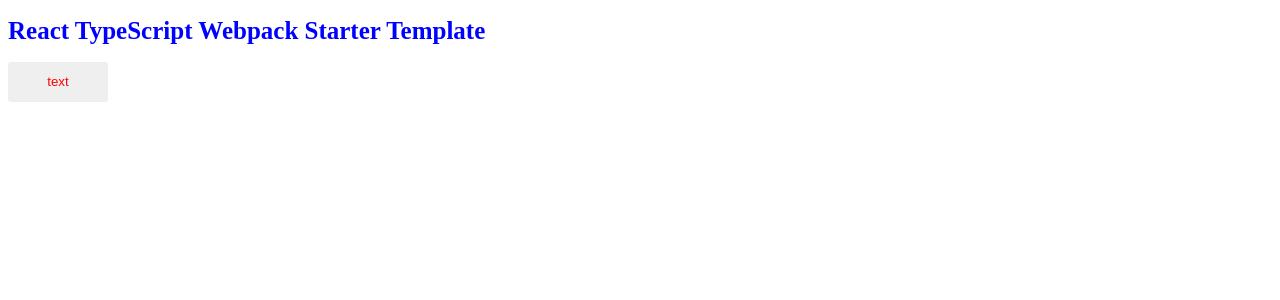
Repository: Paveldub/photo-mvp
Page: /
An editor plug-in stored every save of this project. The page is shown before and after the next save, followed by the edit.
The browser window is 1280 px wide. The pictures show the whole page.
The project was rebuilt for these pictures with package versions that can differ from the ones it lists, and the page was loaded fresh each time. Also part of the build but not shown: webpack.config.js.

Above is the page before, as saved 2021-06-10 17:31:11.

### src/index.html
<!DOCTYPE html>
<html lang="en">

<head>
  <meta charset="UTF-8">
  <meta http-equiv="X-UA-Compatible" content="IE=edge">
  <meta name="viewport" content="width=device-width, initial-scale=1.0">
  <title>React TypeScript Webpack 5 Starter Template</title>
</head>

<body>
  <div id="root"></div>
</body>

</html>

### src/App.tsx
import "@emotion/react";

import { Button, Title } from './Components/Button/Button';

export const App = () => {
  return (
    <>
      <Title>React TypeScript Webpack Starter Template</Title>
      <Button>text</Button>
    </>
  )
}

### src/Components/Button/Button.tsx
import styled from '@emotion/styled'

export const Button = styled('button')`
  padding: 20px;
  color: red;
  border-radius: 3px;
  width: 100px;
  height: 25px;
  border: none;
  line-height: 25px;
  display: flex;
  align-items: center;
  justify-content: center;
`;


export const Title = styled('h1')`
  color: blue;
  font-size: 25px;
`

Loaded but not shown: src/index.tsx (common file)

After the next save:
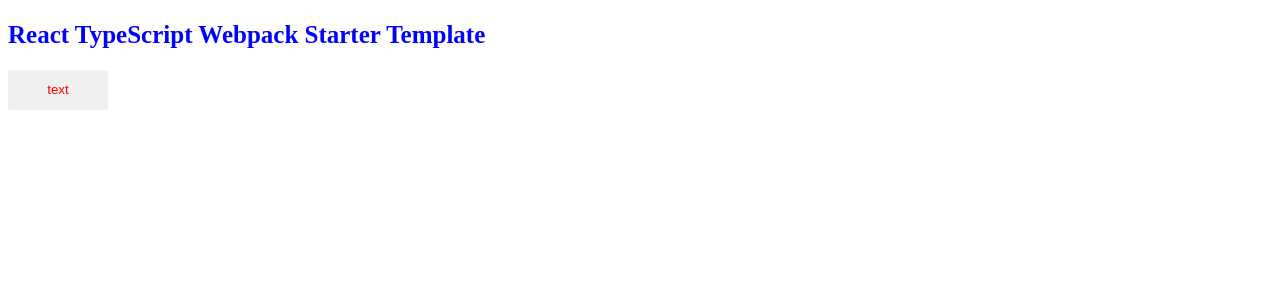
Saved 5 min 22 s later.
--- a/src/Components/Button/Button.tsx
+++ b/src/Components/Button/Button.tsx
@@ -14,7 +14,7 @@
 `;
 
 
-export const Title = styled('h1')`
+export const Title = styled('h2')`
   color: blue;
   font-size: 25px;
 `
